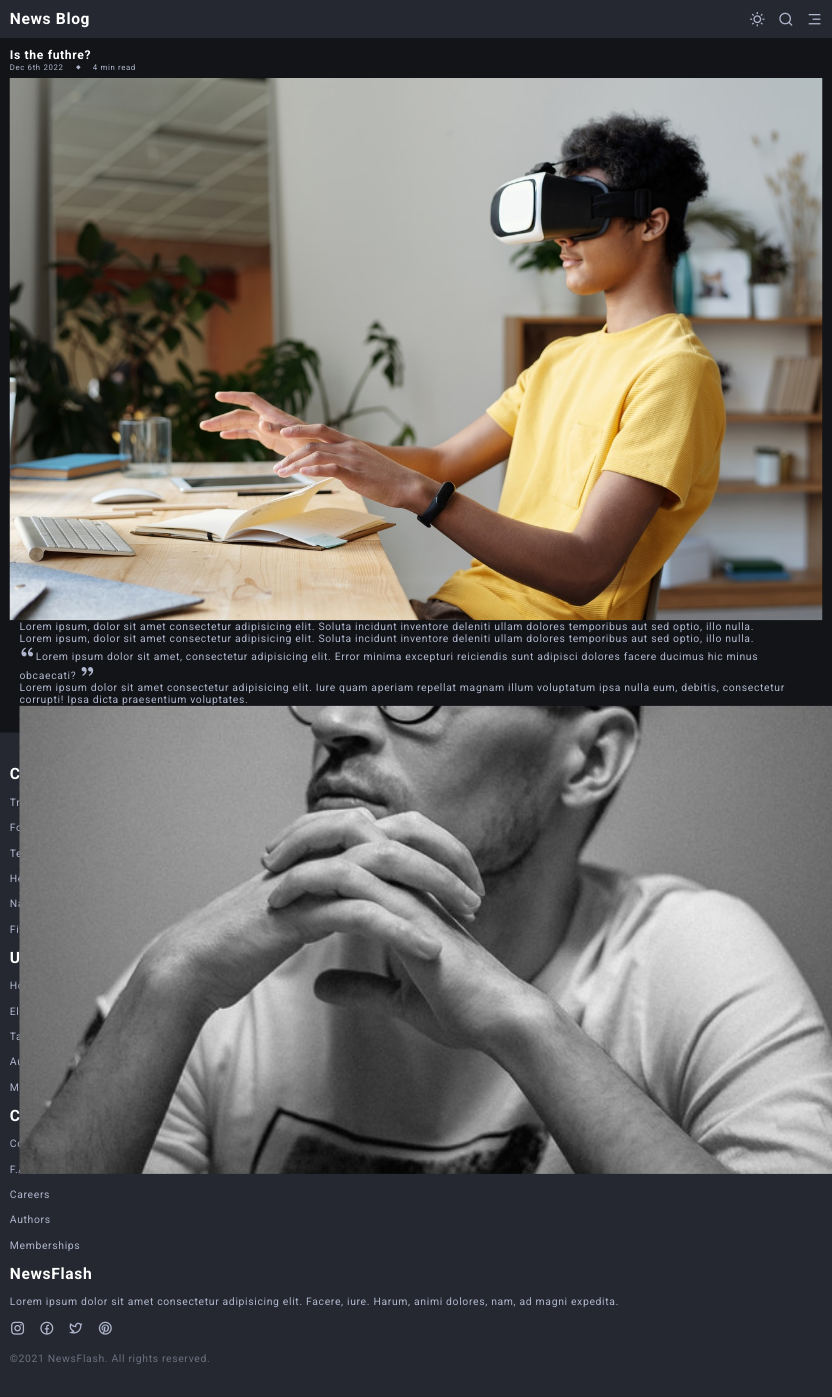
Repository: Junichi-Machii/news-blog-test
Page: post.html
An editor plug-in stored every save of this project. The page is shown before and after the next save, followed by the edit.
The browser window is 1280 px wide. The pictures show the whole page, at 65% of full size.
The style sheet was rebuilt from its Sass, Less or Tailwind sources for each picture, by a compiler version that may differ from the author's.

Above is the page before, as saved 2023-05-13 10:37:28.

### post.html
<html lang="en">
  <head>
    <meta charset="UTF-8" />
    <meta http-equiv="X-UA-Compatible" content="IE=edge" />
    <meta name="viewport" content="width=device-width, initial-scale=1.0" />
    <title>NewsFlash | Post</title>
    <!-- Favicon -->
    <link
      rel="icon"
      type="image/png"
      sizes="32x32"
      href="./assets/images/favicon.png"
    />
    <!-- Remix icons -->
    <link
      href="https://cdn.jsdelivr.net/npm/remixicon@2.5.0/fonts/remixicon.css"
      rel="stylesheet"
    />
    <!-- Swiper.js styles -->
    <link rel="stylesheet" href="./css/swiper-bundle.min.css" />
    <!-- Custom styles -->
    <link rel="stylesheet" href="./css/style.css" />
  </head>
  <body>
    <!-- Header -->
    <header class="header" id="header">
      <nav class="header__navbar container">
        <a href="./index.html">
          <h2 class="header__logo">News Blog</h2>
        </a>

        <div class="header__menu" id="menu">
          <ul class="list">
            <li class="list-item">
              <a href="#" class="list-link current">Home</a>
            </li>
            <li class="list-item">
              <a href="#" class="list-link">Categories</a>
            </li>
            <li class="list-item">
              <a href="#" class="list-link">Reviews</a>
            </li>
            <li class="list-item">
              <a href="#" class="list-link">News</a>
            </li>
            <li class="list-item">
              <a href="#" class="list-link">Membership</a>
            </li>
            <li class="list-item">
              <a href="#" class="list-link">Contact</a>
            </li>
            <li class="list-item screen-lg-hidden">
              <a href="#" class="list-link">Sign in</a>
            </li>
            <li class="list-item screen-lg-hidden">
              <a href="#" class="list-link">Sign up</a>
            </li>
          </ul>
        </div>

        <div class="list list-right">
          <button class="btn place__items-center" id="theme-toggle-btn">
            <i class="ri-sun-line sun-icon"></i>
            <i class="ri-moon-line moon-icon"></i>
          </button>

          <button class="btn place__items-center" id="search-icon">
            <i class="ri-search-line"></i>
          </button>

          <button
            class="btn place__items-center screen-lg-hidden menu-toggle-icon"
            id="menu-toggle-icon"
          >
            <i class="ri-menu-3-line open-menu-icon"></i>
            <i class="ri-close-line close-menu-icon"></i>
          </button>

          <a href="#" class="list-link screen-sm-hidden">Sign in</a>
          <a
            href="#"
            class="list-link screen-sm-hidden btn sign-up-btn fancy-border"
          >
            <span>Sign in</span>
          </a>
        </div>
      </nav>
    </header>

    <!-- Search -->
    <div class="search-form-container container" id="search-form-container">
      <div class="form-container-inner">
        <form action="" class="form">
          <input
            type="text"
            class="form-input"
            placeholder="What are looking for?"
          />
          <button class="btn form-btn" type="submit">
            <i class="ri-search-line"></i>
          </button>
        </form>
        <span class="form-note">Or press ESC to close.</span>
      </div>

      <button
        class="btn form-close-btn place__items-center"
        id="form-close-btn"
      >
        <i class="ri-close-line"></i>
      </button>
    </div>
    <!-- Blog post -->
    <section class="blog-post section-header-offset">
      <div class="blog-post-container container">
        <div class="blog-post-data">
          <h3 class="title blog-post-title">Is the futhre?</h3>
          <div class="article-data">
            <span>Dec 6th 2022</span>
            <span class="article-data-spacer"></span>
            <span>4 min read</span>
          </div>
          <img src="./assets/images/featured/featured-1.jpg" alt="" />
        </div>

        <div class="container">
          <p>
            Lorem ipsum, dolor sit amet consectetur adipisicing elit. Soluta
            incidunt inventore deleniti ullam dolores temporibus aut sed optio,
            illo nulla.
          </p>
          <p>
            Lorem ipsum, dolor sit amet consectetur adipisicing elit. Soluta
            incidunt inventore deleniti ullam dolores temporibus aut sed optio,
            illo nulla.
          </p>

          <blockquote class="quote">
            <p>
              <span><i class="ri-double-quotes-l"></i></span>Lorem ipsum dolor
              sit amet, consectetur adipisicing elit. Error minima excepturi
              reiciendis sunt adipisci dolores facere ducimus hic minus
              obcaecati? <span><i class="ri-double-quotes-r"></i></span>
            </p>
          </blockquote>

            <p>
              Lorem ipsum dolor sit amet consectetur adipisicing elit. Iure quam
              aperiam repellat magnam illum voluptatum ipsa nulla eum, debitis,
              consectetur corrupti! Ipsa dicta praesentium voluptates.
            </p>

            <div class="author d-grid">

                <div class="author-image-box">
                    <img src="./assets/images/author.jpg" alt="" class="article-image">
                </div>

                <div class="author-about">
                    <h3 class="author-name">Joh don</h3>
                    <p>Lorem ipsum dolor sit amet consectetur adipisicing elit. Explicabo, dolorum!</p>


                </div>
            </div>
        </div>
      </div>
    </section>
    <!-- Footer -->
    <footer class="footer section">
      <div class="footer-container container d-grid">
        <div class="company-data">
          <a href="./index.html">
            <h2 class="header__logo">NewsFlash</h2>
          </a>
          <p class="company-description">
            Lorem ipsum dolor sit amet consectetur adipisicing elit. Facere,
            iure. Harum, animi dolores, nam, ad magni expedita.
          </p>
          <ul class="list social-media">
            <li class="list-item">
              <a href="#" class="list-link"
                ><i class="ri-instagram-line"></i
              ></a>
            </li>
            <li class="list-item">
              <a href="#" class="list-link"
                ><i class="ri-facebook-circle-line"></i
              ></a>
            </li>
            <li class="list-item">
              <a href="#" class="list-link"><i class="ri-twitter-line"></i></a>
            </li>
            <li class="list-item">
              <a href="#" class="list-link"
                ><i class="ri-pinterest-line"></i
              ></a>
            </li>
          </ul>
          <span class="copyright-notice"
            >&copy;2021 NewsFlash. All rights reserved.</span
          >
        </div>

        <div>
          <h6 class="title footer-title">Categories</h6>
          <ul class="footer-list list">
            <li class="list-item">
              <a href="#" class="list-link">Travel</a>
            </li>
            <li class="list-item">
              <a href="#" class="list-link">Food</a>
            </li>
            <li class="list-item">
              <a href="#" class="list-link">Technology</a>
            </li>
            <li class="list-item">
              <a href="#" class="list-link">Health</a>
            </li>
            <li class="list-item">
              <a href="#" class="list-link">Nature</a>
            </li>
            <li class="list-item">
              <a href="#" class="list-link">Fitness</a>
            </li>
          </ul>
        </div>

        <div>
          <h6 class="title footer-title">Useful links</h6>
          <ul class="footer-list list">
            <li class="list-item">
              <a href="#" class="list-link">Home</a>
            </li>
            <li class="list-item">
              <a href="#" class="list-link">Elements</a>
            </li>
            <li class="list-item">
              <a href="#" class="list-link">Tags</a>
            </li>
            <li class="list-item">
              <a href="#" class="list-link">Authors</a>
            </li>
            <li class="list-item">
              <a href="#" class="list-link">Membership</a>
            </li>
          </ul>
        </div>

        <div>
          <h6 class="title footer-title">Company</h6>
          <ul class="footer-list list">
            <li class="list-item">
              <a href="#" class="list-link">Contact us</a>
            </li>
            <li class="list-item">
              <a href="#" class="list-link">F.A.Q</a>
            </li>
            <li class="list-item">
              <a href="#" class="list-link">Careers</a>
            </li>
            <li class="list-item">
              <a href="#" class="list-link">Authors</a>
            </li>
            <li class="list-item">
              <a href="#" class="list-link">Memberships</a>
            </li>
          </ul>
        </div>
      </div>
    </footer>

    <!-- Swiper.js -->
    <script src="./js/swiper-bundle.min.js"></script>
    <!-- Custom script -->
    <script src="./js/main.js"></script>
  </body>
</html>

### js/main.js
// Grab elements
const selectElement = (selector) => {
  const element = document.querySelector(selector);
  if(element) return element;
  throw new Error(`Something went wrong! Make sure that ${selector} exists/is typed correctly.`);
};
//Nav styles on scroll
const scrollHeader = () => {
  const headerElement = selectElement('#header');
  if(this.scrollY >= 15) {
    headerElement.classList.add('activated');
  }else {
    headerElement.classList.remove('activated');
  }
};

window.addEventListener('scroll', scrollHeader)
// Open menu & search pop-up
const menuToggleIcon = selectElement('#menu-toggle-icon');

const toggleMenu = () =>{
  const mobileMenu = selectElement('#menu');
  mobileMenu.classList.toggle('activated');
  menuToggleIcon.classList.toggle('activated');
}

menuToggleIcon.addEventListener('click', toggleMenu);
// Open/Close search form popup
const formOpenBtn = selectElement('#search-icon');
const formCloseBtn = selectElement('#form-close-btn');
const searchFormContainer = selectElement('#search-form-container');

formOpenBtn.addEventListener('click', () => searchFormContainer.classList.add('activated'));

formCloseBtn.addEventListener('click', () => searchFormContainer.classList.remove('activated'));

// -- Close the search form popup on ESC keypress
window.addEventListener('keyup', event => {
  if(event.key === 'Escape') searchFormContainer.classList.remove('activated');
});
// Switch theme/add to local storage
const bodyElement = document.body;
const themeToggleBtn = selectElement('#theme-toggle-btn');
const currentTheme = localStorage.getItem('currentTheme');

if(currentTheme){
  bodyElement.classList.add('light-theme');
}

themeToggleBtn.addEventListener('click', () => {
  bodyElement.classList.toggle('light-theme');

  if(bodyElement.classList.contains('light-theme')){
    localStorage.setItem('currentTheme', 'themeActive');
  }else {
    localStorage.removeItem('currentTheme');
  }
});
// Swiper

const swiper = new Swiper('.swiper', {
  slidesPerView:1,
  spaceBetween: 20,
  navigation: {
    nextEl: '.swiper-button-next',
    prevEl: '.swiper-button-prev',
  },
  pagination: {
    el: '.swiper-pagination',
  },
  breakpoints: {
    700: {
      slidesPerView: 2
    },
    1200: {
      slidesPerView: 3
    }
  }
})

### style.scss
/* Import font */
@import url("https://fonts.googleapis.com/css2?family=Roboto:ital,wght@0,400;0,700;1,400;1,700&display=swap");

@import url("https://fonts.googleapis.com/css2?family=Poppins:wght@300;400;600;700&display=swap");

/* Custom properties */
:root {
  --light-color: #fff;
  --light-color-alt: #afb6cd;
  --primary-background-color: #131417;
  --secondary-background-color: #252830;
  --hover-light-color: var(--light-color);
  --hover-dark-color: var(--primary-background-color);
  --gradient-color: linear-gradient(
    115deg,
    #4fcf70,
    #fad648,
    #a767e5,
    #12bcfe,
    #44ce7b
  );
  --transparent-light-color: rgba(255, 255, 255, 0.05);
  --transparent-dark-color: rgba(0, 0, 0, 0.75);
  --font-family: "Roboto", sans-serif;
  --font-size-xsm: 1.2rem;
  --font-size-sm: 1.6rem;
  --font-size-md: 2.4rem;
  --font-size-lg: 3rem;
  --font-size-xl: 4rem;
  --gap: 2rem;
  --margin-sm: 2rem;
  --margin-md: 3rem;
  --item-min-height-sm: 20rem;
  --item-min-height-md: 30rem;
}

/* Base styles */
body {
  font-family: var(--font-family);
  font-size: var(--font-size-sm);
  color: var(--light-color-alt);
  background-color: var(--primary-background-color);
  letter-spacing: 1px;
  transition: background-color 0.25s, color 0.25s;
}

a {
  text-decoration: none;
  color: inherit;
}

img {
  max-width: 100%;
  display: block;
}

ul {
  list-style: none;
}

input,
button {
  font: inherit;
  color: inherit;
  border: none;
  background-color: transparent;
  outline: none;
}

i {
  font-size: var(--font-size-md);
}

* {
  margin: 0;
  padding: 0;
  box-sizing: border-box;
}

html {
  // font-size: 10px;
  font-size: 62.5%;
}
/* Theme color change */
body.light-theme {
  --light-color: #3d3d3d;
  --light-color-alt: rgba(0, 0, 0, 0.6);
  --primary-background-color: #fff;
  --hover-light-color: #fff;
  --secondary-background-color: #f1f1f1;
  --transparent-light-color: #252830;
  --transparent-dark-color: rgba(0, 0, 0, 0.1);
}
/* Reusable classes */
.container {
  max-width: 160rem;
  margin: 0 auto;
  padding: 0 1.5rem;
}

.place__items-center {
  display: inline-block;
  align-items: center;
  justify-content: center;
}

.screen-sm-hidden {
  display: none;
}

.btn {
  cursor: pointer;
  &:hover,
  &:hover span {
    color: var(--light-color);
  }
}

.d-grid {
  display: grid;
}

.section {
  padding-block: 5rem;
}

.title {
  color: var(--light-color);
}
/* Header */
.header {
  background-color: var(--secondary-background-color);
  position: fixed;
  top: 0;
  left: 0;
  width: 100%;
  z-index: 999;

  &__navbar {
    display: flex;
    align-items: center;
    justify-content: space-between;
    padding-block: 1.5rem;
  }

  &__logo {
    font-size: var(--font-size-md);
    color: var(--light-color);
  }

  &__menu {
    position: absolute;
    top: 8.5rem;
    right: 1.5rem;
    width: 23rem;
    padding: 1.5rem;
    background-color: var(--secondary-background-color);
    opacity: 0;
    transform: scale(0);
    transition: opacity 0.25s ease-in-out;

    & > .list {
      flex-direction: column;
    }
  }

  &__menuLink {
    &:hover {
      color: var(--light-color);
    }

    &.current {
      color: var(--light-color);
    }
  }
}

.list {
  display: flex;
  align-items: center;
  gap: var(--gap);
}

.close-menu-icon {
  display: none;
}

.moon-icon {
  display: none;
}

.light-theme {
  & .sun-icon {
    display: none;
  }

  & .moon-icon {
    display: block;
  }
}

/* Header JavaScript Styles */
.header.activated {
  box-shadow: 0 1px 0.5rem --transparent-light-color;
}
.header__menu.activated {
  box-shadow: 1px 1px 1rem --transparent-light-color;
  opacity: 1;
  transform: scale(1);
}

.menu-toggle-icon.activated .open-menu-icon {
  display: none;
}

.menu-toggle-icon.activated .close-menu-icon {
  display: block;
}
/* Search */
.search-form-container {
  width: 100%;
  max-width: 100%;
  height: 100vh;
  background-color: var(--primary-background-color);
  position: fixed;
  top: 0;
  left: 0;
  z-index: 9999;
  display: flex;
  opacity: 0;
  transform: scale(0);
  transition: opacity 0.5s;
}

.form-container-inner {
  margin: auto;
  display: flex;
  flex-direction: column;
  gap: var(--gap);
  text-align: center;
}

.form {
  display: flex;
  justify-content: center;
}

.form-input,
.form-btn {
  display: inline-block;
  border: 2px solid var(--secondary-background-color);
  padding: 1.5rem;
}

.form-input {
  border-right: none;
  width: 100%;
}

.form-btn {
  margin-left: -0.5rem;
  border-left: none;
  background-color: var(--secondary-background-color);
  width: 8rem;
}

.form-note {
  font-size: var(--font-size-xsm);
  align-self: flex-end;
}

.form-close-btn {
  position: absolute;
  top: 1.5rem;
  right: 1.5rem;
  border: 2px solid var(--secondary-background-color);
  width: 4rem;
  height: 4rem;
}
/* Form JavaScript styles */
.search-form-container.activated {
  opacity: 1;
  transform: scale(1);
}
/* Featured articles */
.featured-articles {
  padding-block: 2rem;
}

.section-header-offset {
  margin-top: 7.4rem;
}

.featured-articles-container,
.featured-content {
  gap: var(--gap);
}

.headline-banner {
  background-color: var(--secondary-background-color);
  display: flex;
  align-items: center;
  gap: var(--gap);
  font-size: var(--font-size-xsm);
}

.headline {
  color: var(--light-color);
  font-size: 1rem;
  text-transform: uppercase;
  text-align: center;
  padding: 0.4rem;
  height: 100%;

  & span {
    height: inherit;
  }
}

.fancy-border {
  position: relative;
  overflow: hidden;

  &::before {
    content: "";
    position: absolute;
    top: 0;
    left: 0;
    width: 200%;
    height: 100%;
    background: var(--gradient-color);
    background-size: 50% 100%;
    z-index: 5;
  }

  & span {
    position: relative;
    z-index: 10;
    display: inline-flex;
    padding: 0.6rem 1.5rem;
    background-color: var(--secondary-background-color);
  }
}

.article {
  position: relative;
  min-height: var(--item-min-height-md);

  &-image {
    position: absolute;
    width: 100%;
    height: 100%;
    object-fit: cover;
    transition: transform 0.25s;
  }

  &-category {
    position: absolute;
    top: 1rem;
    right: 1rem;
    padding: 1rem;
    font-size: 1rem;
    background-color: var(--primary-background-color);
    color: var(--light-color);
    text-transform: uppercase;
    z-index: 10;
  }

  &-data-container {
    position: absolute;
    bottom: 0;
    left: 0;
    padding: 2rem 1.5rem;
    background-color: var(--transparent-dark-color);
    z-index: 10;
    width: 100%;
    transition: background-color 0.5s;
  }

  &:hover &-data-container {
    background-color: var(--hover-dark-color);
    color: var(--hover-light-color);
  }
  &:hover &-data-spacer {
    background-color: var(--hover-light-color);
  }

  &-data {
    display: flex;
    align-items: center;
    gap: var(--gap);
    font-size: var(--font-size-xsm);
    margin-bottom: 1rem;
  }

  &-data-spacer {
    width: 0.5rem;
    height: 0.5rem;
    background-color: var(--light-color-alt);
    transform: rotate(45deg);
  }

  &-title {
    font-size: var(--font-size-md);
  }
}

/* Featured articles - Sidebar */
.sidebar {
  background-color: var(--secondary-background-color);
  padding: 2.5rem;
}

.trending-news {
  &__box {
    display: flex;
    flex-direction: column;
    gap: var(--gap);
    padding-block: 2rem;
    border: 1px solid var(--transparent-light-color);

    &:hover .article-title {
      color: var(--light-color-alt);
    }

    &:last-of-type {
      border-bottom: none;
    }
  }

  &__image-box {
    position: relative;
    width: 100%;
    height: var(--item-min-height-sm);
  }

  &__data .article-title {
    font-size: var(--font-size-sm);
  }
}

.featured-content-title {
  font-size: var(--font-size-md);
  text-align: center;
  padding: 1rem;
}

.trending-number {
  position: absolute;
  top: -1rem;
  left: -1rem;
  z-index: 15;
  width: 3rem;
  height: 3rem;
  background-color: var(--secondary-background-color);
  color: var(--light-color);
  border-radius: 50%;
}

/* Quick read */
.section-title {
  position: relative;
  font-size: var(--font-size-md);
  margin-bottom: 6rem;

  &::before {
    content: attr(data-name);
    font-size: var(--font-size-lg);
    text-transform: uppercase;
    opacity: 0.1;
    position: absolute;
    top: 1.5rem;
    left: 2rem;
  }
}

.article.swiper-slide {
  height: 40rem;
}

/* Quick read - Swiper */
.swiper-wrapper {
  height: auto;
}

.swiper-controls {
  width: 3.5rem;
  height: 3.5rem;
  background-color: var(--secondary-background-color);

  &::after {
    font-size: 1.6rem;
    color: var(--light-color);
  }
}

.swiper-pagination {
  bottom: 0.5rem !important;
}

.swiper-pagination-bullet {
  background-color: var(--light-color);
}

/* Older posts */
.older-posts {
  &__grid-wrapper {
    gap: var(--gap);
  }
  &__article-image-wrapper,
  & .article {
    min-height: var(--item-min-height-sm);
  }

  & .article {
    background-color: var(--secondary-background-color);
  }

  &__article-image-wrapper {
    position: relative;
  }

  &__grid-wrapper .article-data-container {
    position: static;
    background-color: transparent;
  }

  &__grid-wrapper .article-title {
    margin-bottom: var(--margin-sm);
  }
}

.see-more-container {
  margin-top: var(--margin-md);
}

.see-more-btn {
  text-transform: uppercase;
  display: flex;
  // flex-direction: column;
  justify-content: center;
  align-items: center;
  & i {
    // position: absolute;
    // top: -3px;
    // right: -30px;
    transition: transform 0.3s;
  }

  &:hover i {
    transform: translateX(0.5rem);
  }
}
/* Popular tags */
.popular-tags-container {
  gap: var(--gap);

  & .article {
    min-height: var(--item-min-height-sm);
    overflow: hidden;

    &:hover .tag-name {
      color: var(--light-color);
    }

    &:hover .article-image {
      transform: scale(1.05);
    }
  }
}

.tag-name {
  position: absolute;
  top: 50%;
  left: 50%;
  transform: translate(-50%, -50%);
  background-color: var(--transparent-dark-color);
  padding: 1rem 2rem;
  z-index: 10;
}

/* Newsletter */
.newsletter {
  padding-bottom: 6rem;

  &-title {
    font-size: var(--font-size-lg);
  }

  &-description {
    margin-bottom: 3rem;
  }
}

/* Footer */
.footer {
  background-color: var(--secondary-background-color);

  &-container {
    gap: var(--gap);
  }
}

.company {
  &-data {
    display: flex;
    flex-direction: column;
    order: 1;
  }

  &-description {
    margin-block: var(--margin-sm);
    max-width: 75%;
  }
}

.social-media {
  margin-bottom: var(--margin-sm);
}

.copyright-notice {
  opacity: 0.5;
}

.footer {
  &-list {
    flex-direction: column;
    align-items: flex-start;
  }

  &-title {
    font-size: var(--font-size-md);
    text-transform: uppercase;
    margin-bottom: var(--margin-sm);
  }
}

/* Scrollbar styles */
::-webkit-scrollbar {
  width: 1rem;
}

::-webkit-scrollbar-track {
  background-color: #f1f1f1;
}

::-webkit-scrollbar-thumb {
  background-color: #3f4254;
}
::-webkit-scrollbar-thumb:hover {
  background-color: #2e303b;
}
/* Blog post */

/* Media queries */

Loaded but not shown: css/swiper-bundle.min.css (library); js/swiper-bundle.min.js (library)

After the next save:
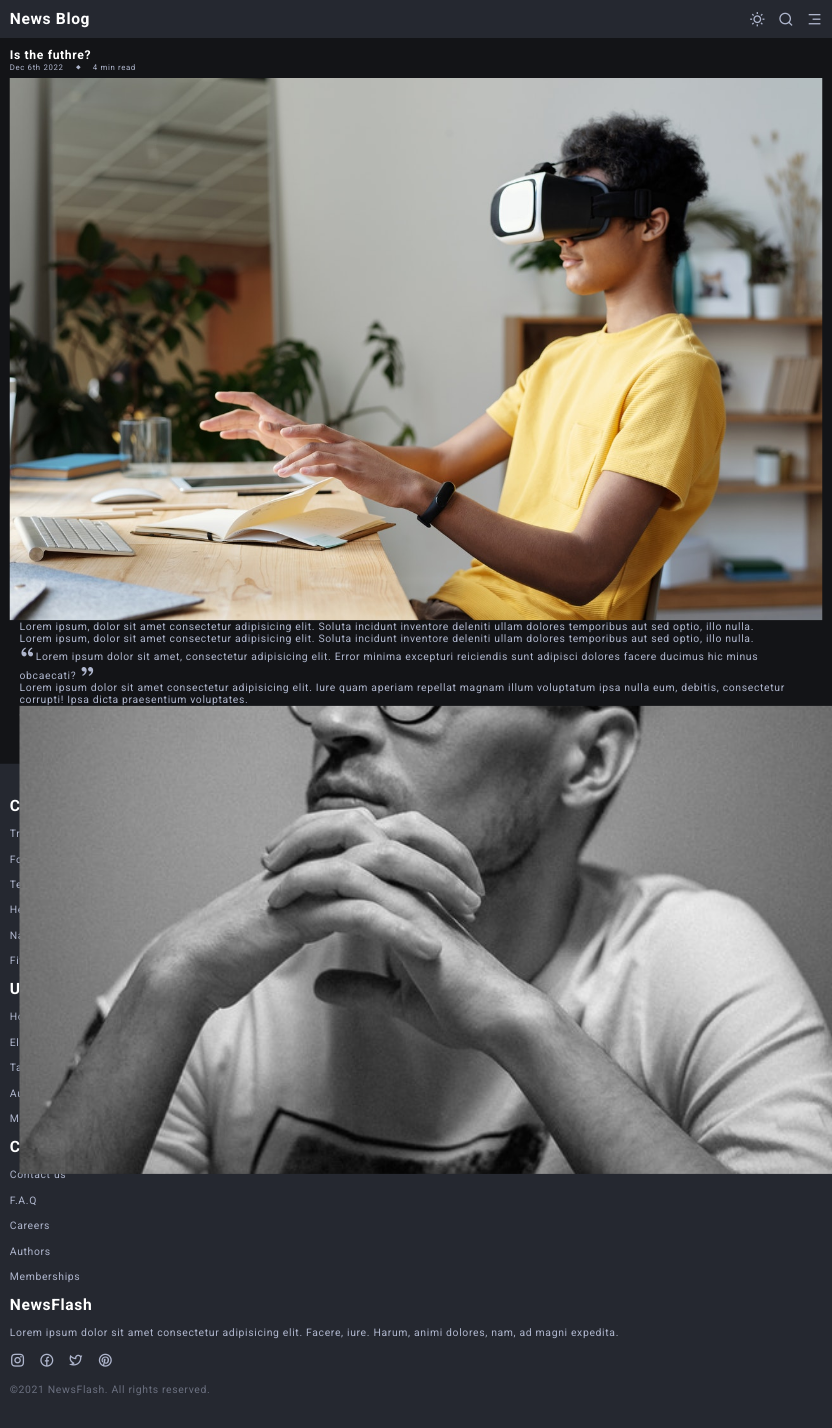
Saved 44 s later.
--- a/post.html
+++ b/post.html
@@ -160,7 +160,26 @@
                     <h3 class="author-name">Joh don</h3>
                     <p>Lorem ipsum dolor sit amet consectetur adipisicing elit. Explicabo, dolorum!</p>
 
-
+                    <ul class="list social-media">
+                        <li class="list-item">
+                          <a href="#" class="list-link"
+                            ><i class="ri-instagram-line"></i
+                          ></a>
+                        </li>
+                        <li class="list-item">
+                          <a href="#" class="list-link"
+                            ><i class="ri-facebook-circle-line"></i
+                          ></a>
+                        </li>
+                        <li class="list-item">
+                          <a href="#" class="list-link"><i class="ri-twitter-line"></i></a>
+                        </li>
+                        <li class="list-item">
+                          <a href="#" class="list-link"
+                            ><i class="ri-pinterest-line"></i
+                          ></a>
+                        </li>
+                      </ul>
                 </div>
             </div>
         </div>
